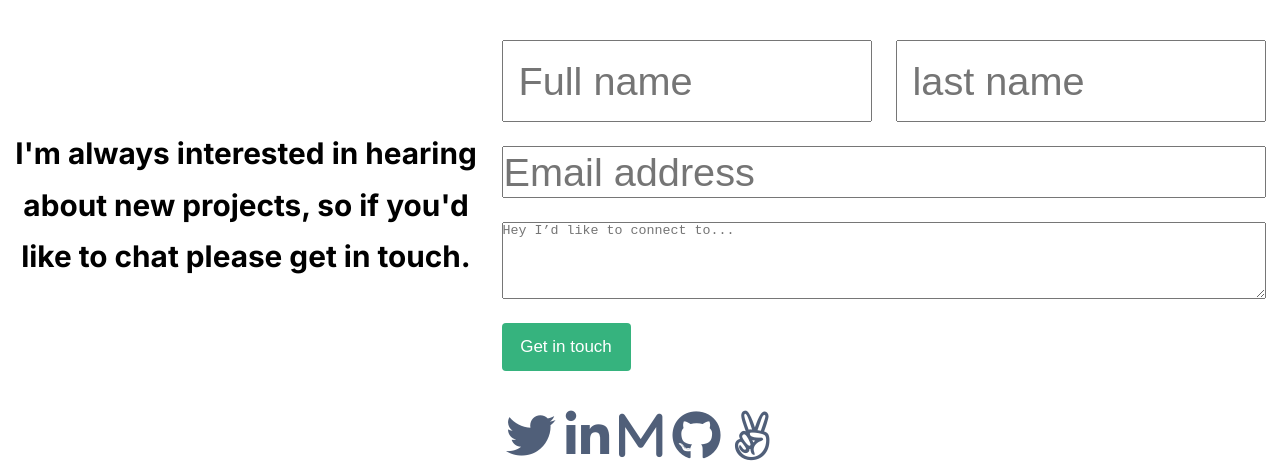
Repository: usman3123/portfolio-template-2
Page: index.html
An editor plug-in stored every save of this project. The page is shown before and after the next save, followed by the edit.
The browser window is 1280 px wide. The pictures show the part of the page from y = 2881 to 3497 px (the page is 3342 px tall before and 3497 px after).
Some web libraries are served in a nearby version.

Above is the page before, as saved 2025-01-21 09:33:13.

### index.html
<!DOCTYPE html>
<html lang="en">
<head>
    <meta charset="UTF-8">
    <meta name="viewport" content="width=device-width, initial-scale=1.0">
    <title>Document</title>
    <link rel="stylesheet" href="style.css">
    <link rel="stylesheet" href="https://cdnjs.cloudflare.com/ajax/libs/font-awesome/6.6.0/css/all.min.css">
    <link rel="stylesheet" href="https://cdnjs.cloudflare.com/ajax/libs/boxicons/2.1.0/dist/boxicons.js">
    <link rel="preconnect" href="https://fonts.googleapis.com">
    <link rel="preconnect" href="https://fonts.gstatic.com" crossorigin>
    <link href="https://fonts.googleapis.com/css2?family=Inter:ital,opsz,wght@0,14..32,100..900;1,14..32,100..900&display=swap" rel="stylesheet">
</head>
<body>

    <!-- Navbar section -->
    <nav class="nav-linked">
        <i class="fa-solid fa-bars" id="nav-icon"></i>
        <div class="nav-links">
        <p class="nav-link">portfolio</p>
        <p class="nav-link">about</p>
        <p class="nav-link">contact</p>
        </div>
    </nav>

    <!-- Hero section -->
    <section class="hero-section flex">
      <h1 class="hero-heading">
        <span>Hey there. I’m usman.</span>
        <span>I’m a software developer</span>
      </h1>
        <p class="hero-paragraph"> I can help you build a product , feature or website Look through some of my work and experience! If you like what you see and have a project you need coded ,
             don’t hesitate to contact me.</p>
        <div class="hero-icon flex">
            <i class="fa-brands fa-twitter icon"></i>
            <i class="fa-brands fa-linkedin-in icon"></i>
            <i class="fa-sharp fa-solid fa-m icon"></i>
            <i class="fa-brands fa-github icon"></i>
            <i class="fa-brands fa-angellist icon"></i>
        </div>
        <i class="fa-solid fa-chevron-down button flex"></i>
    </section>

    <!-- Cards section -->
    <section class="cards-section flex">
        <h2 class="card-heading">
            My Recent Works
        </h2>
        <div class="cards">
            <div class="card flex">
                <img class="img" src="/assets/project.png">
                <div class="card-text flex">
                    <h3 class="text-heading">Multi-Post Stories Gain+Glory</h3>
                    <div class="languages flex">
                        <p class="language">Ruby on Rails</p>
                        <p class="language">CSS</p>
                        <p class="language">JavaScript</p>
                        <p class="language">HTML</p>
                    </div>
                    <button class="card-button">See project</button>
                </div>
            </div>
            <div class="card flex">
                <img class="img" src="/assets/project.png">
                <div class="card-text flex">
                    <h3 class="text-heading">Multi-Post Stories Gain+Glory</h3>
                    <div class="languages flex">
                        <p class="language">Ruby on Rails</p>
                        <p class="language">CSS</p>
                        <p class="language">JavaScript</p>
                        <p class="language">HTML</p>
                    </div>
                    <button class="card-button">See project</button>
                </div>
            </div>
            <div class="card flex">
                <img class="img" src="/assets/project.png">
                <div class="card-text flex">
                    <h3 class="text-heading">Multi-Post Stories Gain+Glory</h3>
                    <div class="languages flex">
                        <p class="language">Ruby on Rails</p>
                        <p class="language">CSS</p>
                        <p class="language">JavaScript</p>
                        <p class="language">HTML</p>
                    </div>
                    <button class="card-button">See project</button>
                </div>
            </div>
            <div class="card flex">
                <img class="img" src="/assets/project.png">
                <div class="card-text flex">
                    <h3 class="text-heading">Multi-Post Stories Gain+Glory</h3>
                    <div class="languages flex">
                        <p class="language">Ruby on Rails</p>
                        <p class="language">CSS</p>
                        <p class="language">JavaScript</p>
                        <p class="language">HTML</p>
                    </div>
                    <button class="card-button">See project</button>
                </div>
            </div>
            <div class="card flex">
                <img class="img" src="/assets/project.png">
                <div class="card-text flex">
                    <h3 class="text-heading">Multi-Post Stories Gain+Glory</h3>
                    <div class="languages flex">
                        <p class="language">Ruby on Rails</p>
                        <p class="language">CSS</p>
                        <p class="language">JavaScript</p>
                        <p class="language">HTML</p>
                    </div>
                    <button class="card-button">See project</button>
                </div>
            </div>
            <div class="card flex">
                <img class="img" src="/assets/project.png">
                <div class="card-text flex">
                    <h3 class="text-heading">Multi-Post Stories Gain+Glory</h3>
                    <div class="languages flex">
                        <p class="language">Ruby on Rails</p>
                        <p class="language">CSS</p>
                        <p class="language">JavaScript</p>
                        <p class="language">HTML</p>
                    </div>
                    <button class="card-button">See project</button>
                </div>
            </div>


        </div>
    </section>
    <section class="about-section flex">
        <div class="about-header">
        <h3 class="about-heading">About me</h3>
        <p class="about-paragraph">I can help you build a product , feature or website Look through some of my work and experience! If you like what you see and have a project you need coded,
            don’t hesitate to contact me.</p>
        <button class="about-button">Get my resume</button>
    </div>
        <div class="about-cards flex">
        <div class="about-card flex">
            <img class="about-image" src="/assets/Icon Langguage (1).png">
            <div class="about-lang flex about-margin">
               <h5 class="about-card-heading">Languages</h5>
               <div class="about-languages flex about">
                   <p class="about-language">JavaScript</p>
                   <p class="about-language">Ruby</p>
                   <p class="about-language">HTML</p>
                   <p class="about-language">CSS</p>
               </div>
            </div>
        </div>
        <div class="about-card flex">
            <img class="about-image" src="/assets/Icon Name.png">
            <div class="about-lang flex">
               <h5 class="about-card-heading">Frameworks</h5>
               <div class="about-languages flex about">
                   <p class="about-language react">React.js</p>
                   <p class="about-language">Ruby on Rails</p>
                   <p class="about-language">RSpec</p>
                   <p class="about-language">Capybara</p>
                   <p class="about-language">Selenium</p>
               </div>
            </div>
        </div>
        <div class="about-card flex">
            <img class="about-image" src="/assets/Icon Name (1).png">
            <div class="about-lang flex">
               <h5 class="about-card-heading">Skills</h5>
               <div class="about-languages flex about">
                   <p class="about-language react">Database Management</p>
                   <p class="about-language">Version Control</p>
                   <p class="about-language">CLI</p>
                   <p class="about-language">Web Development</p>
                   <p class="about-language">API Design</p>
               </div>
            </div>
        </div>
        </div>
    </section>
    <section class="contact-section flex">
        <p class="contact-paragraph flex">
            I'm always interested in hearing about new projects, so if you'd like to chat please get in touch.
        </p>
        <form class="contact-form flex">
            <div class="form-name">
              <input type="text" class="input" placeholder="Full name">
              <input type="type" class="input-last" placeholder="last name">
            </div>
            <input type="email" class="my-email" placeholder="Email address">
            <textarea name="get in touch" class="feed-back" placeholder="Hey I’d like to connect to..." rows="5"></textarea>
            <button class="about-button contact-button">Get in touch</button>
        </form>
        <p class="contact-email">myemailhere@email.com</p>
    </section>
    <div class="hero-icon contact-icons flex">
        <i class="fa-brands fa-twitter icon"></i>
        <i class="fa-brands fa-linkedin-in icon"></i>
        <i class="fa-sharp fa-solid fa-m icon"></i>
        <i class="fa-brands fa-github icon"></i>
        <i class="fa-brands fa-angellist icon"></i>
    </div>

</body>
</html>

### style.css
html {
    font-size: 62%;
}

*{
    margin: 0%;
    padding: 0%;
}

body {
    max-width: 1440px;
    margin: 0 auto;
    font-family: "Inter", system-ui;
}

/* NAVBAR */

.flex {
    display: flex;
}

.nav-linked {
    justify-content: center;
    color: #344563;
    gap: 2.4rem;
    font-size: 2rem;
}

.nav-links {
   justify-content: center;
   color: #344563;
   gap: 2.4rem;
   font-size: 2rem;
   display: none;
}

#nav-icon {
    position: absolute;
    right: 20px;
}
/* Hero-Section */

.hero-section {
    flex-direction: column;
    justify-content: center;
    align-items: center;
    padding: 0 1.7%;
    gap: 20px;
    height: 100vh;
    max-height: 1407px;
    background-image: url(/bg-mobile.svg);
    background-size: 100%;
    background-repeat: no-repeat;
    background-position-x: center;
}

.hero-heading {
    font-size: 4rem;
    text-align: center;
}

.hero-heading > :nth-child(1) {
    display: inline-block;
    width: 59vw;
}

.hero-heading > :nth-child(2) {
    color: #36B37E;
    display: block;
}

.hero-paragraph {
    font-size: 2rem;
    line-height:3rem ;
    text-align: center;
    width: 87%;
    max-width: 920px;
}

.hero-icon{
    gap: 10px;
}
.icon {
    font-size: 2rem;
    color: rgb(212, 197, 197);
    gap: 10px;
    color: #505f79;
    font-size: 5rem;

}

.arrow {
    font-size: 2rem;
    color: black;
}

.button {
    font-size: 1.7rem;
    color: black;
    padding:15px;
    border: 1px solid grey;
    border-radius:30px;
    margin-top: 100px;
}

/* Cards-Section */

.cards-section {
    padding: 50px 0;
}

h2 {
    text-align: center;
    font-size: 4rem;
    width: 70%;
    position: relative;
}

h2::before {
    position: absolute;
    content: "";
    left: 50%;
    bottom: -15px;
    width: 50px;
    height: 4px;
    background-color: #36b37e;
    transform: translateX(-50%);
    border-radius: 20px;
}


.cards {
    display: flex;
    margin: 6.4%;
    justify-content: center;
    align-items: center;
    flex-wrap: wrap;
    gap: 30px;
}

.card {
    flex-direction: column;
    align-items: center;
    justify-content: center;
    max-width: 369px;
    border: 1px solid #d0d9d4;
    overflow: hidden;
    border-radius: 0 0 15px 15px;
}
.img {
    width: 100%;
    height: 252px;

}
.card-heading {
    margin: auto;
}
.card-text {
    background-color: #ffffff;
    width: 100%;
    flex-direction: column;
    align-items: center;
    gap: 16px;
    border-radius: 15px 15px 0 0;
    padding: 5px 0;
}
.text-heading {
    font-size:24px;
    line-height: 32px;
    width: 220px;
    text-align: center;
}
.language {
    color: black;
    background-color: #ebf0ee;
    padding: 8px 15px;
    font-size: 12px;
    line-height: 16px;
}
.languages {
    gap: 10px;
}
.card-button {
    color: white;
    background-color: #36b37e;
    padding: 12px;
    border-radius: 4px;
    border: none;
    width: 122px;
    font-size: 17px;
    line-height: 24px;
    margin: 20px 0;
}
.cards-section {
    flex-direction: column;
    gap: 50px;
}

/* About-Section */

.about-section {
    flex-direction: column;
    gap: 60px;
    background-image: url(/about-bg.svg);
    background-size: 100%;
    background-repeat: no-repeat;
    padding: 50px 24px 10px 24px;
    background-position-y: start;
}

.about-header {
    display: flex;
    flex-direction: column;
    align-items: center;
    gap: 25px;
    background-image: url(/about-header-bg.svg);
    background-size: 20%;
    background-repeat: no-repeat;
    background-position-y: bottom;
}
.about-heading {
    font-size: 40px;
    font-weight: 700;
    line-height: 52px;
}
.about-paragraph {
    font-size: 20px;
    line-height: 32px;
    text-align: center;
    max-width: 920px;
}
.about-button {
    color: white;
    background-color: #36b37e;
    padding: 12px;
    border-radius: 4px;
    border: none;
    font-size: 17px;
    line-height: 24px;
}
.about-card {
    flex-direction: column;
    background-color:#ebf0ee ;
    align-items: center;
    justify-content: center;
    border-radius: 8px;
    width: 100%;
    max-width: 369px;
    padding: 0 16px;
}
.about-card-heading {
    font-size: 24px;
    line-height: 32px;
}
.about-language {
    color: #36b37e;
    background-color: white;
    border-radius: 8px;
    padding: 12px;
    font-size: 12px;
    line-height: 16px;
    font-weight: 600;
}
.about {
    flex-wrap: wrap;
    gap: 8px;
    justify-content: center;
}
.about-image {
    padding-top:16px ;
}
.about-lang {
    flex-direction: column;
    gap: 24px;
    align-items: center;
    justify-content: center;
    margin-bottom: 8%;
}
.about-margin {
    margin-bottom: 18%;
}
.about-cards {
    flex-wrap: wrap;
    gap: 24px;
    justify-content: center;
}
.contact-section {
    gap: 24px;
    align-items: center;
    justify-content: center;
    padding: 40px 0;
}
.contact-paragraph {
    font-size: 3rem;
    line-height: 5.2rem;
    font-weight: 700;
    text-align: center;
    width: 463px;
}
.contact-form {
    flex-direction: column;
    gap: 24px;
    width: 764px;
}
.input {
    line-height: 48px;
    width: 50%;
    padding: 15px;
    font-size: 4rem;
}
.input-last {
    line-height: 48px;
    width: 50%;
    padding: 15px;
    font-size: 4rem;
}
.contact-email {
    color:#42526e ;
    font-size:20px ;
    line-height: 32px;
    width: 100%;
    text-align: center;
    font-family: inter;
}
.contact-icons {
    position: relative;
    justify-content: center;
}
.contact-icons::before {
    content: "";
    width: 95px;
    height: 3px;
    background-color: black;
    position: absolute;
    bottom: -20px;
    border-radius: 20px;
}
.form-name {
    display: flex;
    gap: 24px;

}
.my-email {
    line-height: 48px;
    font-size: 4rem;
}
.contact-button {
    width: 129px;
}
.feedback {
    font-size: 4rem;
}


@media (min-width: 767px) {

    .hero-section {
        background-image: url(/back-img.png);
    }
    #nav-icon {
        display: none;
    }
    .nav-links {
        display: flex;
    }
    .contact-email {
        display: none;
    }
    .contact-icons::before{
        display: none;
    }
    h2::before {
        display: none;
    }
    .cards {
        margin-top:0px ;
    }
}
@media (min-width:0px) and (max-width:850px){
    .contact-paragraph {
        width:327px;
        font-size: 4rem;
        line-height: 5.2rem;
        padding: 0 24px;
        text-align: center;
    }
    .contact-section {
        padding: 21.5% 0%;
        flex-direction: column;
    }
    .input-last {
        display: none;
    }
    .contact-form {
        width: 327px;
    }
    .form-name {
        width: 327px;
    }
    .input {
        width: 100%;
    }
}

After the next save:
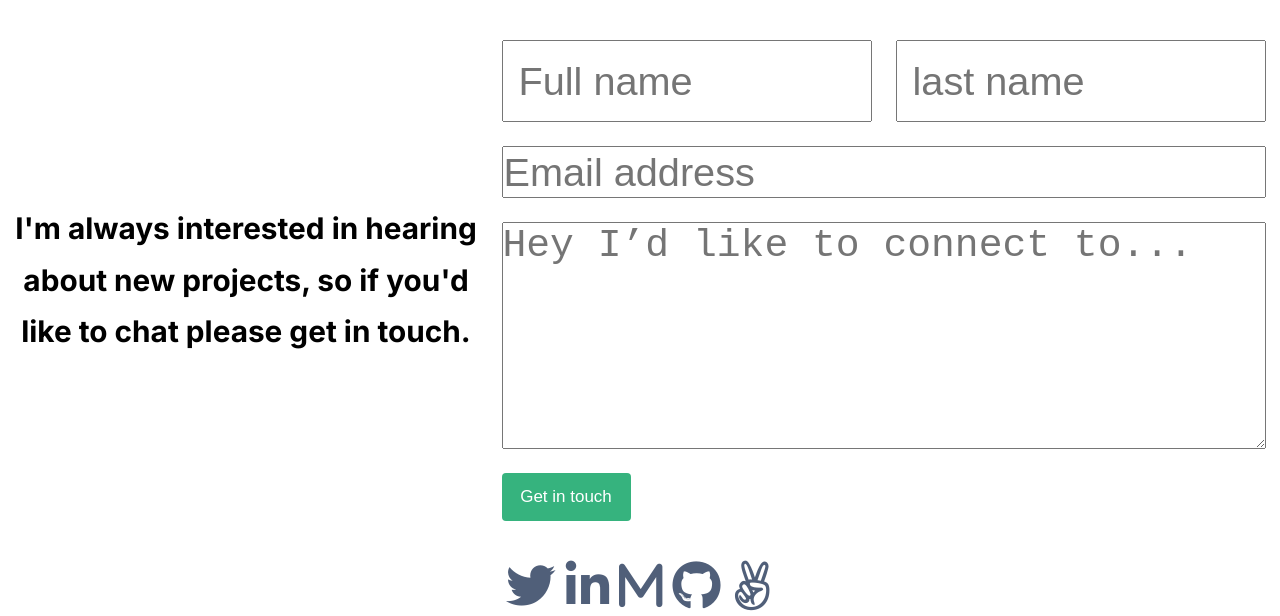
Saved 15 s later.
--- a/style.css
+++ b/style.css
@@ -347,7 +347,7 @@ h2::before {
 .contact-button {
     width: 129px;
 }
-.feedback {
+.feed-back {
     font-size: 4rem;
 }
 
